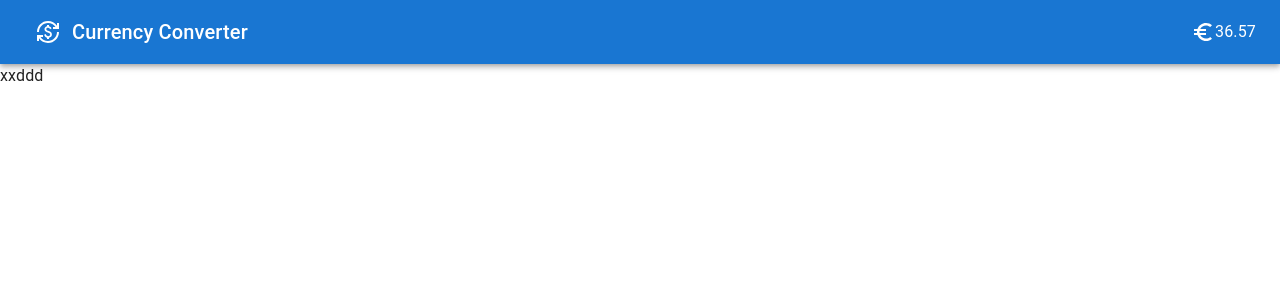
Repository: rutsguifd/currency-converter
Page: /
These files come from the project's save history. The page is drawn as it stood at one moment and after the next save; the edit follows.
The browser window is 1280 px wide. The pictures show the whole page.
The project was rebuilt for these pictures with package versions that can differ from the ones it lists, and the page was loaded fresh each time.

Above is the page before, as saved 2023-03-27 23:05:42.

After the next save:
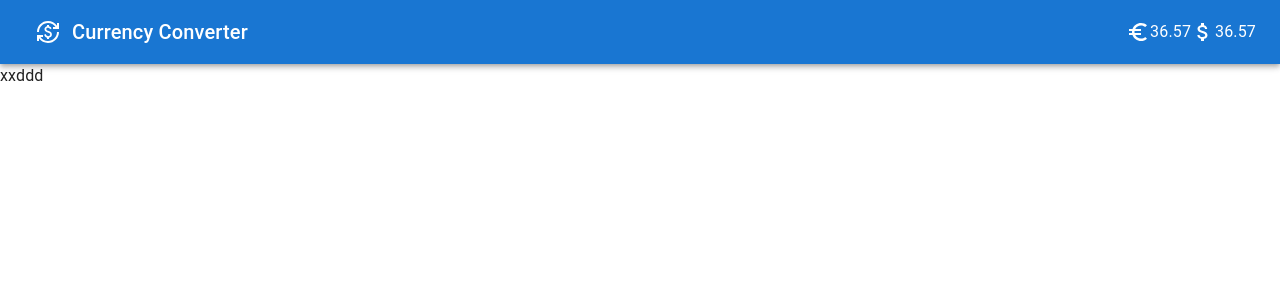
Saved 109 s later.
--- a/src/components/Header.jsx
+++ b/src/components/Header.jsx
@@ -1,6 +1,7 @@
 import { AppBar, Box, IconButton, Toolbar, Typography } from "@mui/material";
 import CurrencyExchangeIcon from "@mui/icons-material/CurrencyExchange";
 import EuroSymbolIcon from "@mui/icons-material/EuroSymbol";
+import AttachMoneyIcon from "@mui/icons-material/AttachMoney";
 import React from "react";
 import { ConverterAPI } from "../store/ConverterService";
 
@@ -33,6 +34,8 @@ const Header = () => {
           </Typography>
           <EuroSymbolIcon />
           <Typography>36.57</Typography>
+          <AttachMoneyIcon />
+          <Typography>36.57</Typography>
         </Toolbar>
       </AppBar>
     </Box>
